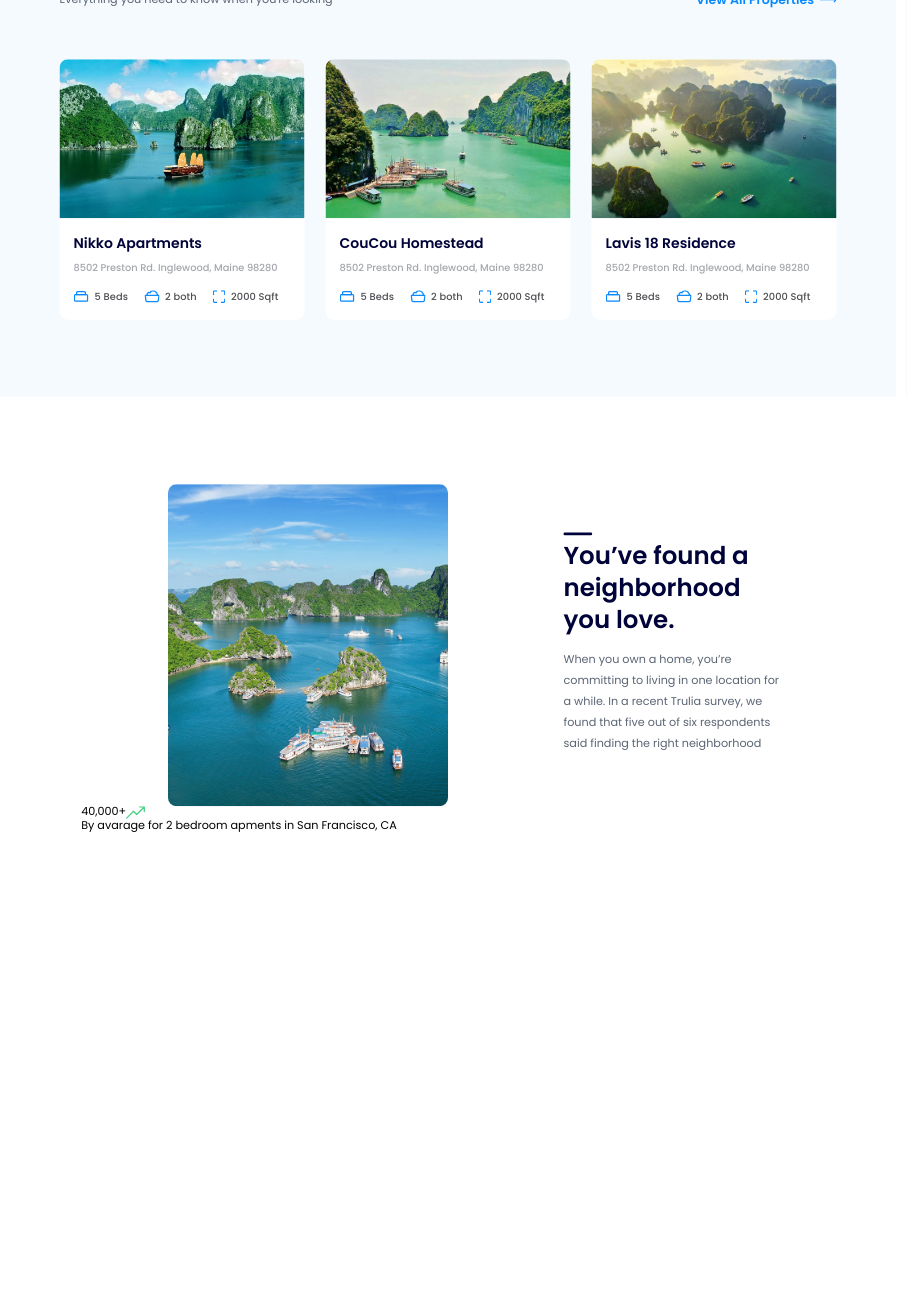
Repository: anhtien111198/f8-htmlcss-01
Page: index.html
The author's editor kept a copy of each file at every save. The page is drawn from the files as they stood at one save, then again after the next save.
The browser window is 1280 px wide. The page is 1295 px wide, so the pictures cover 1295 px, including what lies to the right of the window. The pictures show the part of the page from y = 1954 to 3834 px (the page is 10000 px tall), at 70% of full size.

Above is the page before, as saved 2023-04-30 15:31:41.

After the next save:
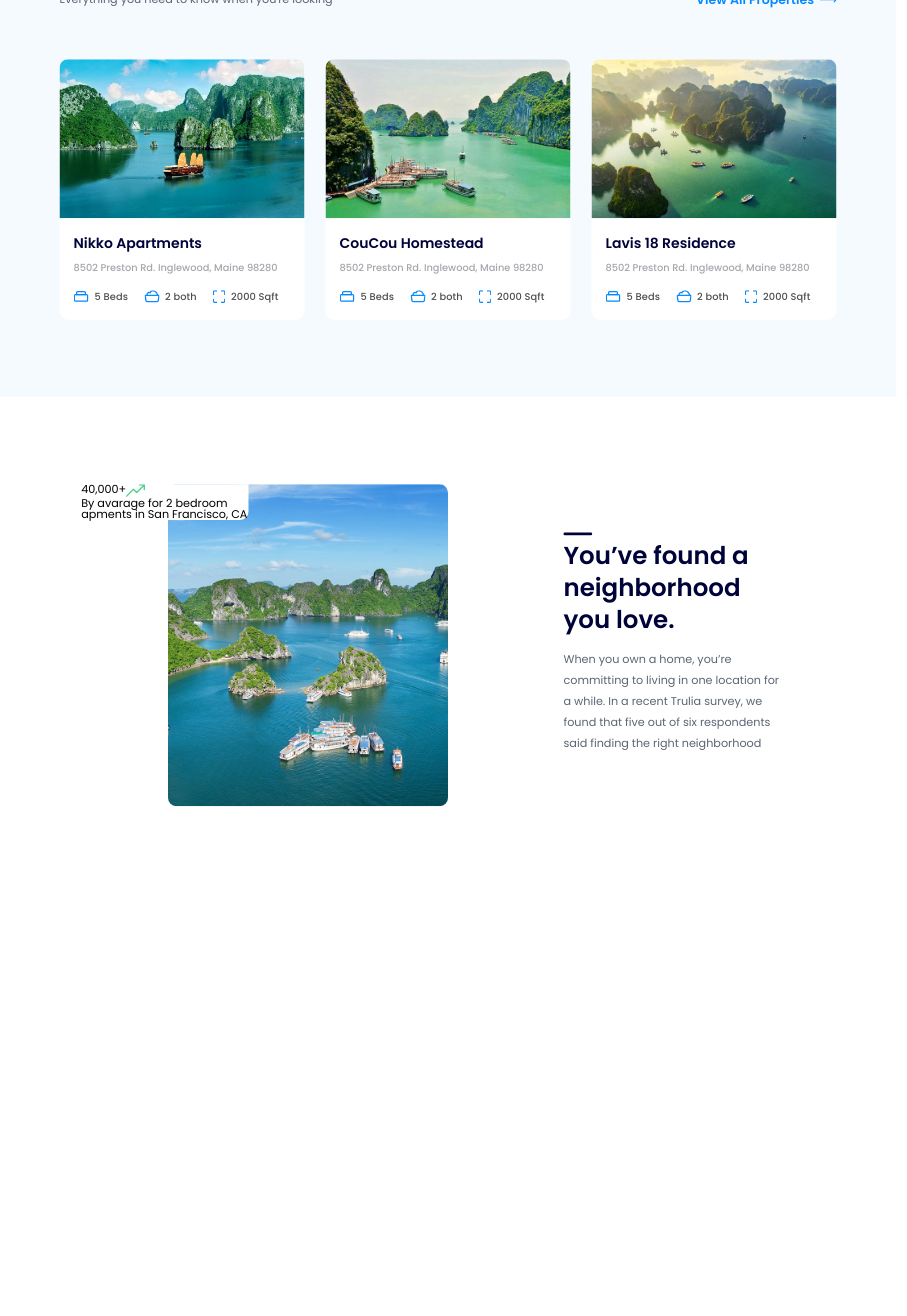
Saved 74 s later.
--- a/assets/css/styles.css
+++ b/assets/css/styles.css
@@ -325,6 +325,11 @@
 }
 .stats-trent {
     position: absolute;
+    top: 0;
+    left: 0;
+    width: 239px;
+    border-radius: 0px 0px 12px 12px;
+    background: #ffffff;
 }
 .stats .img-block .image {
     display: block;
